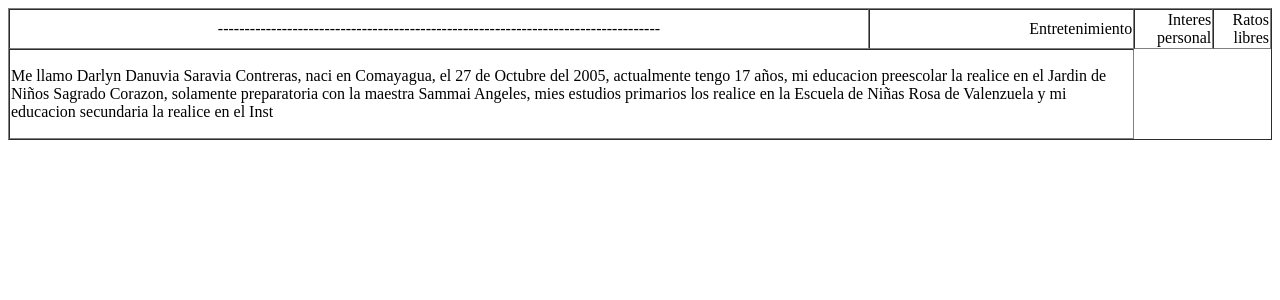
Repository: darlyn-saravia27/portafolio-darlynsaravia
Page: archivoshtml/tareas de html/index.html
These files come from the project's save history. The page is drawn as it stood at one moment and after the next save; the edit follows.
The browser window is 1280 px wide. The pictures show the whole page.

Above is the page before, as saved 2023-03-04 00:42:40.

### archivoshtml/tareas de html/index.html
<!DOCTYPE html>
<html lang="en">
<head>
    <meta charset="UTF-8">
    <meta http-equiv="X-UA-Compatible" content="IE=edge">
    <meta name="viewport" content="width=device-width, initial-scale=1.0">
    <title>Mi Portafolio Web</title>
</head>
<body>
    <table align="center" border="1" cellspacing="0" width="100%">
    <tr align="center">
        <td>-----------------------------------------------------------------------------------</td>
        <td align="right">Entretenimiento</td>
        <td align="right">Interes personal</td>
        <td align="right">Ratos libres</td>
    </tr>
    <tr>
        <td colspan="2">
            <p> Me llamo Darlyn Danuvia Saravia Contreras, naci en Comayagua,
                el 27 de Octubre del 2005, actualmente tengo 17 años, mi educacion preescolar la realice
                en el Jardin de Niños Sagrado Corazon, solamente preparatoria
                con la maestra Sammai Angeles, mies estudios primarios los realice en la
                Escuela de Niñas Rosa de Valenzuela y mi educacion secundaria la realice en
               el Inst</p> </td>
    </tr>
</body>
</html>

After the next save:
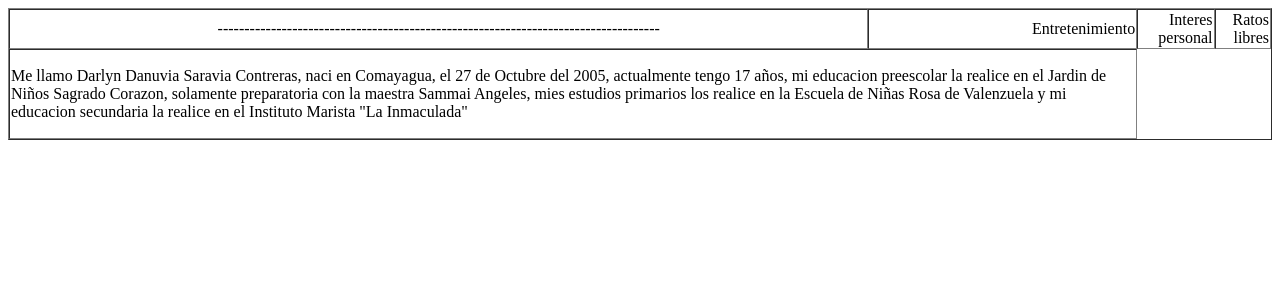
Saved 11 s later.
--- a/archivoshtml/tareas de html/index.html
+++ b/archivoshtml/tareas de html/index.html
@@ -21,7 +21,7 @@
                 en el Jardin de Niños Sagrado Corazon, solamente preparatoria
                 con la maestra Sammai Angeles, mies estudios primarios los realice en la
                 Escuela de Niñas Rosa de Valenzuela y mi educacion secundaria la realice en
-               el Inst</p> </td>
+               el Instituto Marista "La Inmaculada"</p> </td>
     </tr>
 </body>
 </html>
